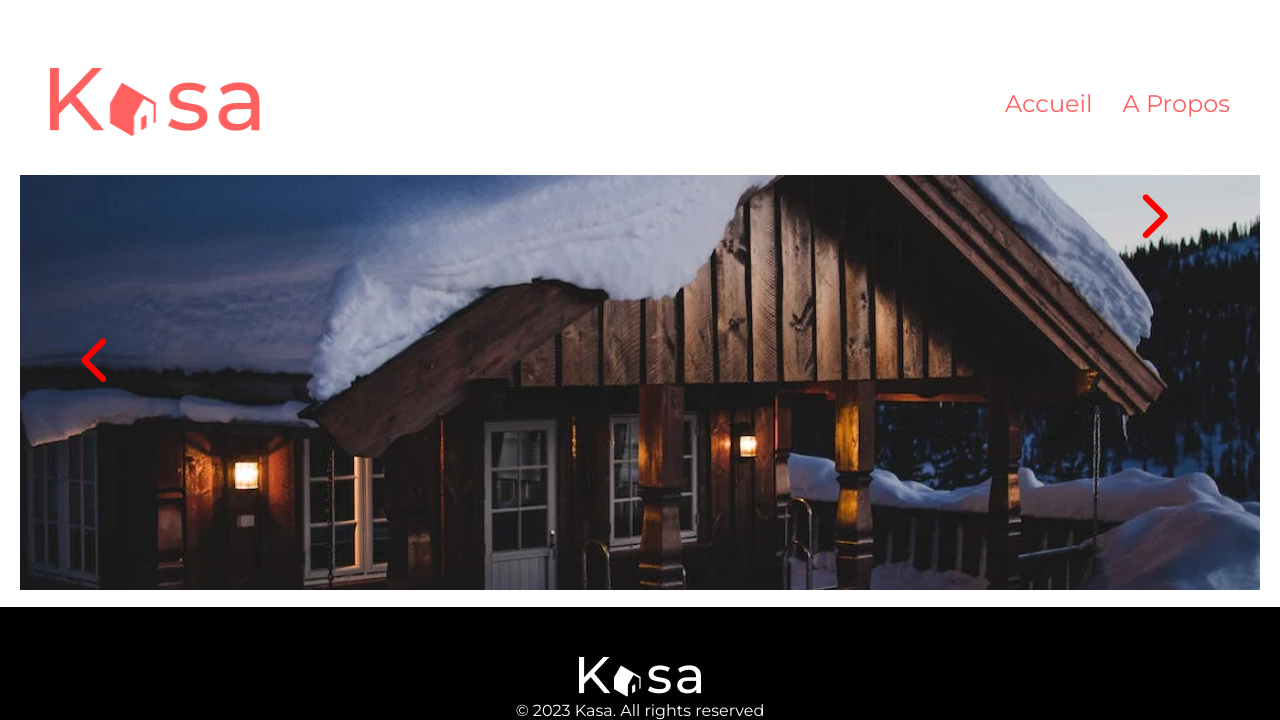
Repository: Ascaris29/Kasa_oc
Page: /essai (app in kasa_project/)
The author's editor kept a copy of each file at every save. The page is drawn from the files as they stood at one save, then again after the next save.
The browser window is 1280 px wide. The pictures show the whole page.
Some web libraries are served in a nearby version. The project was rebuilt for these pictures with package versions that can differ from the ones it lists, and the page was loaded fresh each time. Also part of the build but not shown: kasa_project/src/pages/homepage/Homepage.module.scss, kasa_project/src/pages/homepage/components/CardLogement.module.scss, kasa_project/src/pages/homepage/components/CardLogement.js, kasa_project/src/pages/homepage/Homepage.js, kasa_project/src/pages/404/404.module.scss, kasa_project/src/pages/404/404.js, kasa_project/src/pages/a_propos/APropos.module.scss, kasa_project/src/pages/a_propos/components/CardDescription.module.scss and 6 more.

Above is the page before, as saved 2023-03-16 16:07:19.

### kasa_project/public/index.html
<!DOCTYPE html>
<html lang="fr">
  <head>
    <meta charset="utf-8" />
    <link rel="icon" href="%PUBLIC_URL%/favicon.ico" />
    <meta name="viewport" content="width=device-width, initial-scale=1" />
    <meta name="theme-color" content="#000000" />
    <meta
      name="description"
      content="Web site created using create-react-app"
    />
    <link rel="apple-touch-icon" href="%PUBLIC_URL%/logo192.png" />
    <!--
      manifest.json provides metadata used when your web app is installed on a
      user's mobile device or desktop. See https://developers.google.com/web/fundamentals/web-app-manifest/
    -->

    <!----------------------------------------------------------- Fonts ----------------------------------------------------------------------->
    <link rel="preconnect" href="https://fonts.googleapis.com">
    <link rel="preconnect" href="https://fonts.gstatic.com" crossorigin>
    <link href="https://fonts.googleapis.com/css2?family=Montserrat:wght@400;500;600&family=Roboto&display=swap" rel="stylesheet">
    <!----------------------------------------------------------- Icons ----------------------------------------------------------------------->
    <script src="https://kit.fontawesome.com/e65359aae8.js" crossorigin="anonymous"></script>
    <!--
      Notice the use of %PUBLIC_URL% in the tags above.
      It will be replaced with the URL of the `public` folder during the build.
      Only files inside the `public` folder can be referenced from the HTML.

      Unlike "/favicon.ico" or "favicon.ico", "%PUBLIC_URL%/favicon.ico" will
      work correctly both with client-side routing and a non-root public URL.
      Learn how to configure a non-root public URL by running `npm run build`.
    -->
    <title>Kasa</title>
  </head>
  <body>
    <noscript>You need to enable JavaScript to run this app.</noscript>
    <div id="root"></div>
    <!--
      This HTML file is a template.
      If you open it directly in the browser, you will see an empty page.

      You can add webfonts, meta tags, or analytics to this file.
      The build step will place the bundled scripts into the <body> tag.

      To begin the development, run `npm start` or `yarn start`.
      To create a production bundle, use `npm run build` or `yarn build`.
    -->
  </body>
</html>

### kasa_project/src/index.js
import React from 'react';
import ReactDOM from 'react-dom/client';
import App from './App';
import reportWebVitals from './reportWebVitals';
import './assets/styles/index.scss';
import { RouterProvider } from 'react-router-dom';
import { router } from "./router";

const root = ReactDOM.createRoot(document.getElementById('root'));
root.render(
  <React.StrictMode>
    <RouterProvider router={router} />
  </React.StrictMode>
);

// If you want to start measuring performance in your app, pass a function
// to log results (for example: reportWebVitals(console.log))
// or send to an analytics endpoint. Learn more: https://bit.ly/CRA-vitals
reportWebVitals();

### kasa_project/src/App.js
import Header from "./components/header/Header";
import Footer from "./components/footer/Footer";
import style from "./App.module.scss";
import Homepage from "./pages/homepage/Homepage";
import { Outlet } from "react-router-dom";

function App() {
  return (
      <div className={`${style.app} d-flex flex-column`}>
        <Header />
          <Outlet />
        <Footer />
      </div>
  );
}

export default App;

### kasa_project/src/assets/styles/index.scss
@use './base';
@use './flex';
@use './mixins';
@use './utils';
@use './variables';

### kasa_project/src/router.js
import { createBrowserRouter } from 'react-router-dom';
import App from './App';
import Error404 from './pages/404/404';
import APropos from './pages/a_propos/APropos';
import Homepage from './pages/homepage/Homepage';
import Caroussel from './pages/logement/components/caroussel/Caroussel';
import FicheLogement from './pages/logement/FicheLogement';


export const router = createBrowserRouter([
    {
        path : "/",
        element : <App />,
        errorElement: <Error404 />,
        children : [
            {
                path : "/",
                element : <Homepage />
            } ,
            {
                path : "/homepage",
                element : <Homepage />
            },
            {
                path: "/apropos",
                element : <APropos />
            },
            {
                path: "/logement/:id",
                element : <FicheLogement />
            },
            {
                path: "/essai",
                element: <Caroussel />
            }
        ],
    }
])

### kasa_project/src/components/header/Header.js
import image from "../../assets/images/logo_header.png";
import style from "./Header.module.scss";
import { Link, NavLink } from "react-router-dom";

export default function Header(){
    return (
        <header className={`${style.header} d-flex justify-between align-center`}>
            <Link className={`${style.headerIcon}`} to="/homepage">
                <img src={image} alt="logo du site Kasa representant une maison"/>
            </Link>
            <div className={`${style.headerNav}`}>
                <ul className="d-flex">
                    <NavLink
                    className={`${style.headerItems} m-r-30`}
                    to="/homepage"
                    end
                    >
                    Accueil
                    </NavLink>
                    <NavLink
                    className={`${style.headerItems}`}
                    to="/apropos"
                    >
                    A Propos
                    </NavLink>
                </ul>
            </div>
        </header>
    )
}

### kasa_project/src/components/footer/Footer.js
import style from "./Footer.module.scss";
import image from "../../assets/images/logo_footer.png";

export default function Footer(){
    return (
        <footer className={`${style.footer} d-flex p-t-50 flex-column justify-center align-center`}>
            <div className={`${style.footerLogo} `}>
                <img src={image} alt="" />
            </div>
            <div className="footerText">
                <p>© 2023 Kasa. All rights reserved</p>
            </div>
        </footer>
    )
}

### kasa_project/src/App.module.scss
.app{
    min-height:100vh;
}

### kasa_project/src/assets/styles/_base.scss

*{
    box-sizing: border-box;
}

body{
    margin:0;
    padding:0;
    font-family: var(--montserrat);

}

p{
    margin:0;
}

li{
    list-style-type: none;

}

.link{
    color:var(--primary);
    font-size:18px;
}

.active{
    text-decoration:underline;
}

### kasa_project/src/assets/styles/_flex.scss
.d-flex{
    display: flex;
}

.flex-column{
    flex-direction : column;
}

.flex-row{
    flex-direction: row;
}

.justify-center{
    justify-content: center;
}

.align-center{
    align-items: center;
}

.flex-fill{
    flex : 1 1 auto;
}

.justify-between{
    justify-content: space-between;
}

### kasa_project/src/assets/styles/_mixins.scss
@mixin xs{
    @media (max-width:576px){
        @content;
    }
}

@mixin sm{
    @media (min-width : 577px) and (max-width : 768px){
        @content;
    }
}

@mixin sm-lt{
    @media (max-width : 768px){
        @content;
    }
}

@mixin md{
    @media (min-width : 769px) and (max-width : 992px){
        @content;
    }
}

@mixin md-lt{
    @media (max-width : 992px){
        @content;
    }
}

@mixin lg{
    @media (min-width : 993px) and (max-width : 1200px){
        @content;
    }
}

@mixin lg-lt{
    @media (max-width : 1200px){
        @content;
    }
}

@mixin xl{
    @media (min-width : 1201px){
        @content;
    }
}

### kasa_project/src/assets/styles/_utils.scss
/*------------------------------------ General ------------------------------*/
.container{
    max-width:1200px;
    margin: auto;
    width:100%;
}
.card{

}
.calc{
    position:fixed;
    top:0;
    left:0;
    width:100%;
    height:100vh;
}

/*------------------------------------ Padding ------------------------------*/
.p-5{
    padding: 5px;
}
.p-10{
    padding:10px;
}
.p-20{
   padding:20px;
}
.p-30{
    padding:30px;
}
.p-40{
    padding:40px;
}
.p-50{
    padding:50px;
}

.p-b-5{
   padding-bottom: 5px;
}
.p-b-10{
   padding-bottom: 10px;
}
.p-b-20{
    padding-bottom: 20px;
}
.p-b-30{
    padding-bottom: 30px;
}
.p-b-40{
    padding-bottom: 40px;
}
.p-b-50{
    padding-bottom: 50px;
}


.p-t-5{
    padding-top: 5px;
}
.p-t-10{
    padding-top: 10px;
}
.p-t-20{
     padding-top: 20px;
}
.p-t-30{
     padding-top: 30px;
}
.p-t-40{
    padding-top: 40px;
}
.p-t-50{
    padding-top: 50px;
}


.p-l-5{
    padding-left: 5px;
}
.p-l-10{
    padding-left: 10px;
}
.p-l-20{
     padding-left: 20px;
}
.p-l-30{
     padding-left: 30px;
}
.p-l-40{
    padding-left: 40px;
}
.p-l-50{
    padding-left: 50px;
}



.p-r-5{
    padding-right: 5px;
}
.p-r-10{
    padding-right: 10px;
}
.p-r-20{
     padding-right: 20px;
}
.p-r-30{
     padding-right: 30px;
}
.p-r-40{
    padding-right: 40px;
}
.p-r-50{
    padding-right: 50px;
}


/*------------------------------------------------ Margin -------------------------------------------*/

.m-auto{
    margin:auto;
}
.m-5{
    margin: 5px;
}
.m-10{
    margin:10px;
}
.m-20{
   margin:20px;
}
.m-30{
    margin:30px;
}
.m-40{
    margin:40px;
}
.m-50{
    margin:50px;
}



.m-b-5{
    margin-bottom: 5px;
}
.m-b-10{
    margin-bottom: 10px;
}
.m-b-20{
    margin-bottom: 20px;
}
.m-b-30{
    margin-bottom: 30px;
}
.m-b-40{
    margin-bottom: 40px;
}
.m-b-50{
    margin-bottom: 50px;
}



.m-t-5{
    margin-top: 5px;
}
.m-t-10{
    margin-top: 10px;
}
.m-t-20{
     margin-top: 20px;
}
.m-t-30{
     margin-top: 30px;
}
.m-t-40{
    margin-top: 40px;
}
.m-t-50{
    margin-top: 50px;
}




.m-l-5{
    margin-left: 5px;
}
.m-l-10{
    margin-left: 10px;
}
.m-l-20{
     margin-left: 20px;
}
.m-l-30{
     margin-left: 30px;
}
.m-l-40{
    margin-left: 40px;
}
.m-l-50{
    margin-left: 50px;
}




.m-r-5{
    margin-right: 5px;
}
.m-r-10{
    margin-right: 10px;
}
.m-r-20{
     margin-right: 20px;
}
.m-r-30{
     margin-right: 30px;
}
.m-r-40{
    margin-right: 40px;
}
.m-r-50{
    margin-right: 50px;
}

### kasa_project/src/assets/styles/_variables.scss

/*----------------------------------------------------------------------------Color-----------------------------------------------------------------*/

:root{
    --primary: #FF6060;
    --grey1:#F6F6F6;
    --grey2: #E3E3E3;
    --grey3:#C4C4C4;
    --black: #010101;
    /*----------------------------------------------------------------------------Font-----------------------------------------------------------------*/
    --montserrat : 'Montserrat', sans-serif;
    --radius:25px;
}

### kasa_project/src/pages/logement/components/caroussel/Caroussel.js
import { useState } from "react";
import style from "./Caroussel.module.scss";

import img1 from "../../../../assets/images/pexels-photo-950058.webp";
import img2 from "../../../../assets/images/pexels-photo-1013427.jpeg";
import img3 from "../../../../assets/images/pexels-photo-1612351.jpeg";

export default function Caroussel(){

    //importer les images de l'api
    const arrayImage = [
        img1,
        img2,
        img3
    ];

    const [index, setIndex] = useState(0);

    //console.log(arrayImage);
    function handleClickCarousselPrev(){
        if(index > 0 && index < arrayImage.length){
            let i = index - 1;
            setIndex(i);
        }else{
            setIndex(arrayImage.length -1);
        }
    }

    function handleClickCarousselAfter(){
        if(index < arrayImage.length){
            let i = index + 1;
            setIndex(i);
        };
    }

    //a voir avec julien
    if(index === arrayImage.length){
        setIndex(0)
    }

    return (
        <div className={`${style.caroussel}`}>
            { arrayImage.map((item, i) =>
                i === index && ( <img src={item} alt="" className={`${style.carousselImage}`}/> )
            )}
            <i className={`${style.chevronLeft} fa-solid fa-chevron-left`} onClick={handleClickCarousselPrev}></i>
            <i className={`${style.chevronRight} fa-solid fa-chevron-right`} onClick={handleClickCarousselAfter}></i>
        </div>
    )



}

### kasa_project/src/components/header/Header.module.scss
@use "../../assets/styles/mixins" as mixin;

.header{
    max-width:1240px;
    margin:auto;
    width:100%;
    padding:50px 30px 0 30px;
    .headerIcon{
        img{
            width:210px;
            height:68px;
            @include mixin.sm-lt{
                width:145px;
                height:47px;
            }
            @include mixin.xs{
                width:99px;
                height:35px;
            }
        }
    }

}
/*sorti de la classe header car sinon je ne peux pas mettre de classe active dessus*/
.headerItems{
    color:var(--primary);
    text-decoration:none;
    cursor:pointer;
    font-size:24px;
    @include mixin.sm-lt{
        font-size:20px;
    }
    @include mixin.xs{
        font-size:15px;
    }
}

### kasa_project/src/components/footer/Footer.module.scss
.footer{
    background-color:var(--black);
    color:white;
    .footerLogo{
        img{
            width:122px;
            height:40px;
        }
    }
}

### kasa_project/src/pages/logement/components/caroussel/Caroussel.module.scss
.caroussel{
    max-width:1240px;
    margin:auto;
    width:100%;
    height:415px;
    .carousselImage{
        width:100%;
        height:100%;
        object-fit:cover;
        position:relative;
        display:block;
    }
    .chevronRight{
        position:absolute;
        top:30%;
        left:90%;
        font-size:50px;
        color:red;
        transform:translate(-50%, -50%);
    }
    .chevronLeft{
        position:absolute;
        top:50%;
        right:90%;
        font-size:50px;
        color:red;
        transform:translate(-50%, -50%);
    }
}

Loaded but not shown: kasa_project/src/reportWebVitals.js (common file)

After the next save:
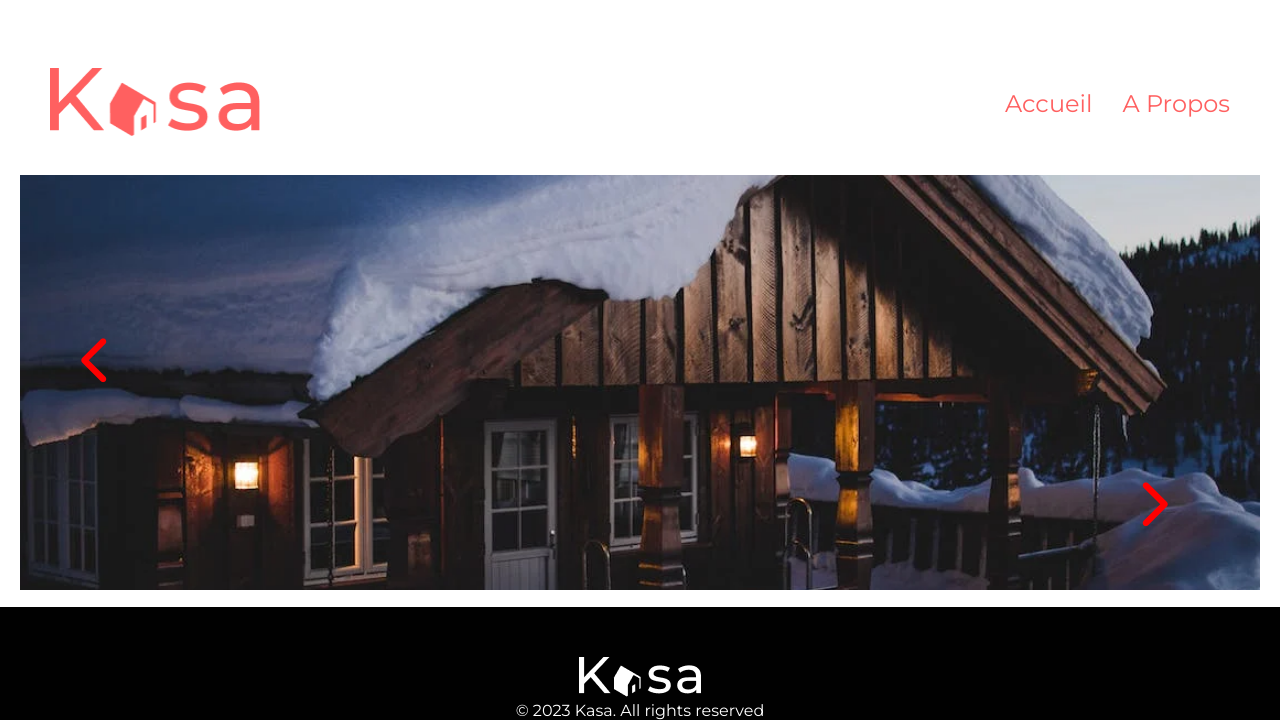
Saved 5 s later.
--- a/kasa_project/src/pages/logement/components/caroussel/Caroussel.module.scss
+++ b/kasa_project/src/pages/logement/components/caroussel/Caroussel.module.scss
@@ -12,7 +12,7 @@
     }
     .chevronRight{
         position:absolute;
-        top:30%;
+        top:70%;
         left:90%;
         font-size:50px;
         color:red;
